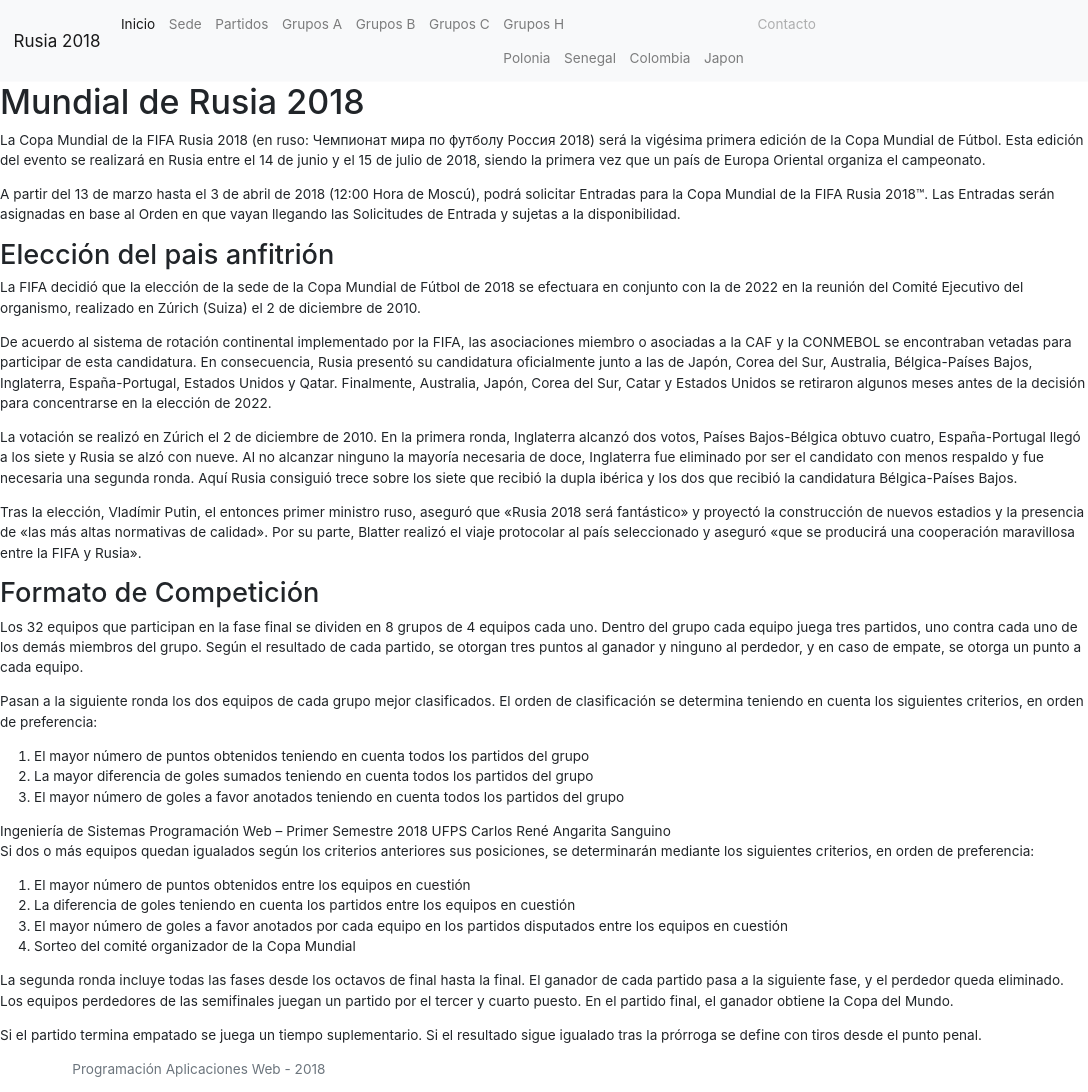
Repository: AndreyRi13/PracticaBootstrap
Page: index.html
An editor plug-in stored every save of this project. The page is shown before and after a run of saves, followed by the edit.
The browser window is 1280 px wide. The pictures show the whole page, at 85% of full size.

Above is the page before, as saved 2020-09-24 16:36:05.
Console error (its wording comes from the project's code and is left out).

### index.html
<!DOCTYPE html>
<html lang="en">
<head>
    <meta charset="UTF-8">
    <meta name="viewport" content="width=device-width, initial-scale=1.0">
    <link rel="stylesheet" href="https://stackpath.bootstrapcdn.com/bootstrap/4.5.2/css/bootstrap.min.css" integrity="sha384-JcKb8q3iqJ61gNV9KGb8thSsNjpSL0n8PARn9HuZOnIxN0hoP+VmmDGMN5t9UJ0Z" crossorigin="anonymous">
   <link rel="stylesheet" href="https://stackpath.bootstrapcdn.com/bootstrap/4.5.2/css/bootstrap.min.css" integrity="sha384-JcKb8q3iqJ61gNV9KGb8thSsNjpSL0n8PARn9HuZOnIxN0hoP+VmmDGMN5t9UJ0Z" crossorigin="anonymous">
   <link rel="stylesheet" href="https://stackpath.bootstrapcdn.com/bootstrap/4.5.2/css/bootstrap.min.css" integrity="sha384-JcKb8q3iqJ61gNV9KGb8thSsNjpSL0n8PARn9HuZOnIxN0hoP+VmmDGMN5t9UJ0Z" crossorigin="anonymous">
   <script src="https://stackpath.bootstrapcdn.com/bootstrap/4.5.2/js/bootstrap.min.js" integrity="sha384-B4gt1jrGC7Jh4AgTPSdUtOBvfO8shuf57BaghqFfPlYxofvL8/KUEfYiJOMMV+rV" crossorigin="anonymous"></script>
   <script src="https://code.jquery.com/jquery-3.5.1.slim.min.js" integrity="sha384-DfXdz2htPH0lsSSs5nCTpuj/zy4C+OGpamoFVy38MVBnE+IbbVYUew+OrCXaRkfj" crossorigin="anonymous"></script>
<script src="https://cdn.jsdelivr.net/npm/popper.js@1.16.1/dist/umd/popper.min.js" integrity="sha384-9/reFTGAW83EW2RDu2S0VKaIzap3H66lZH81PoYlFhbGU+6BZp6G7niu735Sk7lN" crossorigin="anonymous"></script>

<script src="https://ajax.googleapis.com/ajax/libs/jquery/1.12.4/jquery.min.js"></script>
<title>Practica Bootstrap</title>
</head>
<body>

    <nav class="navbar navbar-expand-lg navbar-light bg-light">
        <a class="navbar-brand" href="#">Rusia 2018</a>
        <button class="navbar-toggler" type="button" data-toggle="collapse" data-target="#navbarNav" aria-controls="navbarNav" aria-expanded="false" aria-label="Toggle navigation">
          <span class="navbar-toggler-icon"></span>
        </button>
        <div class="collapse navbar-collapse" id="navbarNav">
          <ul class="navbar-nav">
            <li class="nav-item active">
              <a class="nav-link" href="#">Inicio <span class="sr-only">(current)</span></a>
            </li>
            <li class="nav-item">
              <a class="nav-link" href="#">Sede</a>
            </li>
            <li class="nav-item">
              <a class="nav-link" href="#">Partidos</a>
            </li>
            <li class="nav-item"><a class="nav-link" href="#">Grupos A</a></li>
            <li class="nav-item"><a class="nav-link" href="#">Grupos B</a></li>
            <li class="nav-item"><a class="nav-link" href="#">Grupos C</a></li>
            <li class="nav-item"><a class="nav-link" href="#" class="">Grupos H</a>

                <ul class="navbar-nav">
                    <li class="nav-item"><a class="nav-link" href="#">Polonia</a></li>
                    <li class="nav-item"><a class="nav-link" href="#">Senegal</a></li>
                    <li class="nav-item"><a class="nav-link" href="#">Colombia</a></li>
                    <li class="nav-item"><a class="nav-link" href="#">Japon</a></li>

                </ul>
            </li>
            <li class="nav-item">
              <a class="nav-link disabled" href="#" tabindex="-1" aria-disabled="true">Contacto</a>
            </li>
          </ul>
        </div>
      </nav>

        <script src="https://ajax.googleapis.com/ajax/libs/jquery/1.12.4/jquery.min.js"></script>

        <div class="page-header">
        <h1>Mundial de Rusia 2018</h1>
        </div>

        <div>
        <p>La Copa Mundial de la FIFA Rusia 2018 (en ruso: Чемпионат мира по футболу Россия
        2018) será la vigésima primera edición de la Copa Mundial de Fútbol. Esta edición del evento se
        realizará en Rusia entre el 14 de junio y el 15 de julio de 2018, siendo la primera vez que un país de
        Europa Oriental organiza el campeonato.</p>
        <p>A partir del 13 de marzo hasta el 3 de abril de 2018 (12:00 Hora de Moscú), podrá solicitar
        Entradas para la Copa Mundial de la FIFA Rusia 2018™. Las Entradas serán asignadas en base al
        Orden en que vayan llegando las Solicitudes de Entrada y sujetas a la disponibilidad.</p>
        <h2>Elección del pais anfitrión</h2>
        <p>La FIFA decidió que la elección de la sede de la Copa Mundial de Fútbol de 2018 se
        efectuara en conjunto con la de 2022 en la reunión del Comité Ejecutivo del organismo, realizado en
        Zúrich (Suiza) el 2 de diciembre de 2010.</p>
        <p>De acuerdo al sistema de rotación continental implementado por la FIFA, las asociaciones
        miembro o asociadas a la CAF y la CONMEBOL se encontraban vetadas para participar de esta
        candidatura. En consecuencia, Rusia presentó su candidatura oficialmente junto a las de Japón, Corea
        del Sur, Australia, Bélgica-Países Bajos, Inglaterra, España-Portugal, Estados Unidos y Qatar.
        Finalmente, Australia, Japón, Corea del Sur, Catar y Estados Unidos se retiraron algunos meses antes
        de la decisión para concentrarse en la elección de 2022.</p>
        <p>La votación se realizó en Zúrich el 2 de diciembre de 2010. En la primera ronda, Inglaterra
        alcanzó dos votos, Países Bajos-Bélgica obtuvo cuatro, España-Portugal llegó a los siete y Rusia se
        alzó con nueve. Al no alcanzar ninguno la mayoría necesaria de doce, Inglaterra fue eliminado por ser
        el candidato con menos respaldo y fue necesaria una segunda ronda. Aquí Rusia consiguió trece
        sobre los siete que recibió la dupla ibérica y los dos que recibió la candidatura Bélgica-Países
        Bajos.</p>
        <p>Tras la elección, Vladímir Putin, el entonces primer ministro ruso, aseguró que «Rusia
        2018 será fantástico» y proyectó la construcción de nuevos estadios y la presencia de «las más altas
        normativas de calidad». Por su parte, Blatter realizó el viaje protocolar al país seleccionado y aseguró
        «que se producirá una cooperación maravillosa entre la FIFA y Rusia».</p>
        <h2>Formato de Competición</h2>
        <p>Los 32 equipos que participan en la fase final se dividen en 8 grupos de 4 equipos cada
        uno. Dentro del grupo cada equipo juega tres partidos, uno contra cada uno de los demás miembros
        del grupo. Según el resultado de cada partido, se otorgan tres puntos al ganador y ninguno al
        perdedor, y en caso de empate, se otorga un punto a cada equipo.</p>
        <p>Pasan a la siguiente ronda los dos equipos de cada grupo mejor clasificados. El orden de
        clasificación se determina teniendo en cuenta los siguientes criterios, en orden de preferencia:</p>
        <ol>
        <li>El mayor número de puntos obtenidos teniendo en cuenta todos los partidos del
        grupo</li>
        <li>La mayor diferencia de goles sumados teniendo en cuenta todos los partidos del
        grupo</li>
        <li>El mayor número de goles a favor anotados teniendo en cuenta todos los partidos
        del grupo</li>
        </ol>
        Ingeniería de Sistemas Programación Web – Primer Semestre 2018
        UFPS
        Carlos René Angarita Sanguino
        <p>Si dos o más equipos quedan igualados según los criterios anteriores sus posiciones, se
        determinarán mediante los siguientes criterios, en orden de preferencia:</p>
        <ol>
        <li>El mayor número de puntos obtenidos entre los equipos en cuestión</li>
        <li>La diferencia de goles teniendo en cuenta los partidos entre los equipos en
        cuestión</li>
        <li>El mayor número de goles a favor anotados por cada equipo en los partidos
        disputados entre los equipos en cuestión</li>
        <li>Sorteo del comité organizador de la Copa Mundial</li>
        </ol>
        <p>La segunda ronda incluye todas las fases desde los octavos de final hasta la final. El
        ganador de cada partido pasa a la siguiente fase, y el perdedor queda eliminado. Los equipos
        perdedores de las semifinales juegan un partido por el tercer y cuarto puesto. En el partido final, el
        ganador obtiene la Copa del Mundo.</p>
        <p>Si el partido termina empatado se juega un tiempo suplementario. Si el resultado sigue
        igualado tras la prórroga se define con tiros desde el punto penal.</p>
        </div>
        <footer class="footer">
            <div class="container">
                <p class="text-muted">Programación Aplicaciones Web - 2018</p>
            </div>
        </footer>
        <script src="https://code.jquery.com/jquery-3.5.1.slim.min.js" integrity="sha384-DfXdz2htPH0lsSSs5nCTpuj/zy4C+OGpamoFVy38MVBnE+IbbVYUew+OrCXaRkfj" crossorigin="anonymous"></script>
        <script src="https://cdn.jsdelivr.net/npm/popper.js@1.16.1/dist/umd/popper.min.js" integrity="sha384-9/reFTGAW83EW2RDu2S0VKaIzap3H66lZH81PoYlFhbGU+6BZp6G7niu735Sk7lN" crossorigin="anonymous"></script>
        <script src="https://stackpath.bootstrapcdn.com/bootstrap/4.5.2/js/bootstrap.min.js" integrity="sha384-B4gt1jrGC7Jh4AgTPSdUtOBvfO8shuf57BaghqFfPlYxofvL8/KUEfYiJOMMV+rV" crossorigin="anonymous"></script>

</body>


</html>

After the next 3 saves:
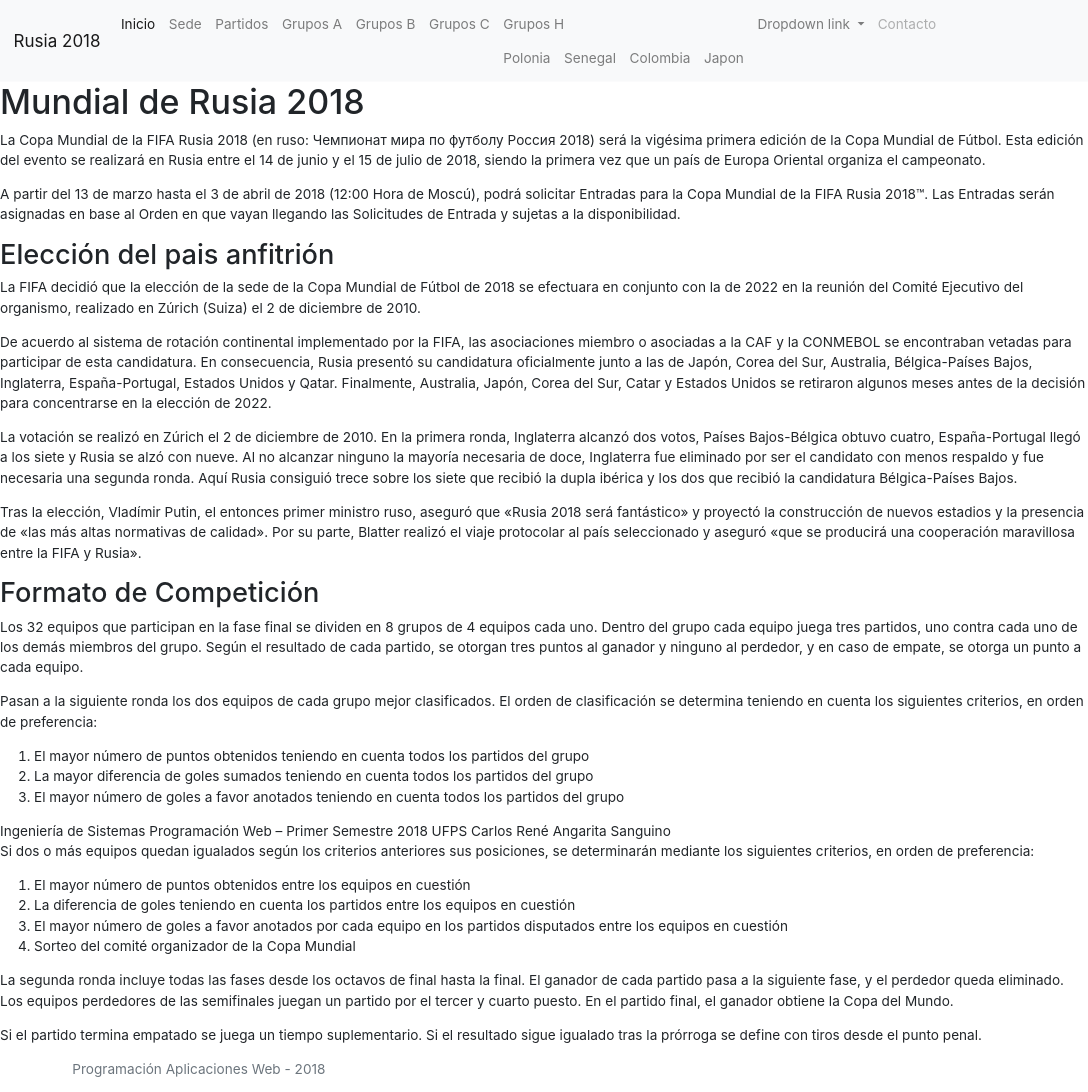
The 3 saves are shown as one change because they came seconds apart.
The last was saved 108 s later.
--- a/index.html
+++ b/index.html
@@ -43,6 +43,20 @@
                     <li class="nav-item"><a class="nav-link" href="#">Japon</a></li>
 
                 </ul>
+
+
+                <li class="nav-item dropdown">
+                    <a class="nav-link dropdown-toggle" href="#" id="navbarDropdownMenuLink" role="button" data-toggle="dropdown" aria-haspopup="true" aria-expanded="false">
+                      Dropdown link
+                    </a>
+                    <div class="dropdown-menu" aria-labelledby="navbarDropdownMenuLink">
+                      <a class="dropdown-item" href="#">Action</a>
+                      <a class="dropdown-item" href="#">Another action</a>
+                      <a class="dropdown-item" href="#">Something else here</a>
+                    </div>
+                  </li>
+
+
             </li>
             <li class="nav-item">
               <a class="nav-link disabled" href="#" tabindex="-1" aria-disabled="true">Contacto</a>
